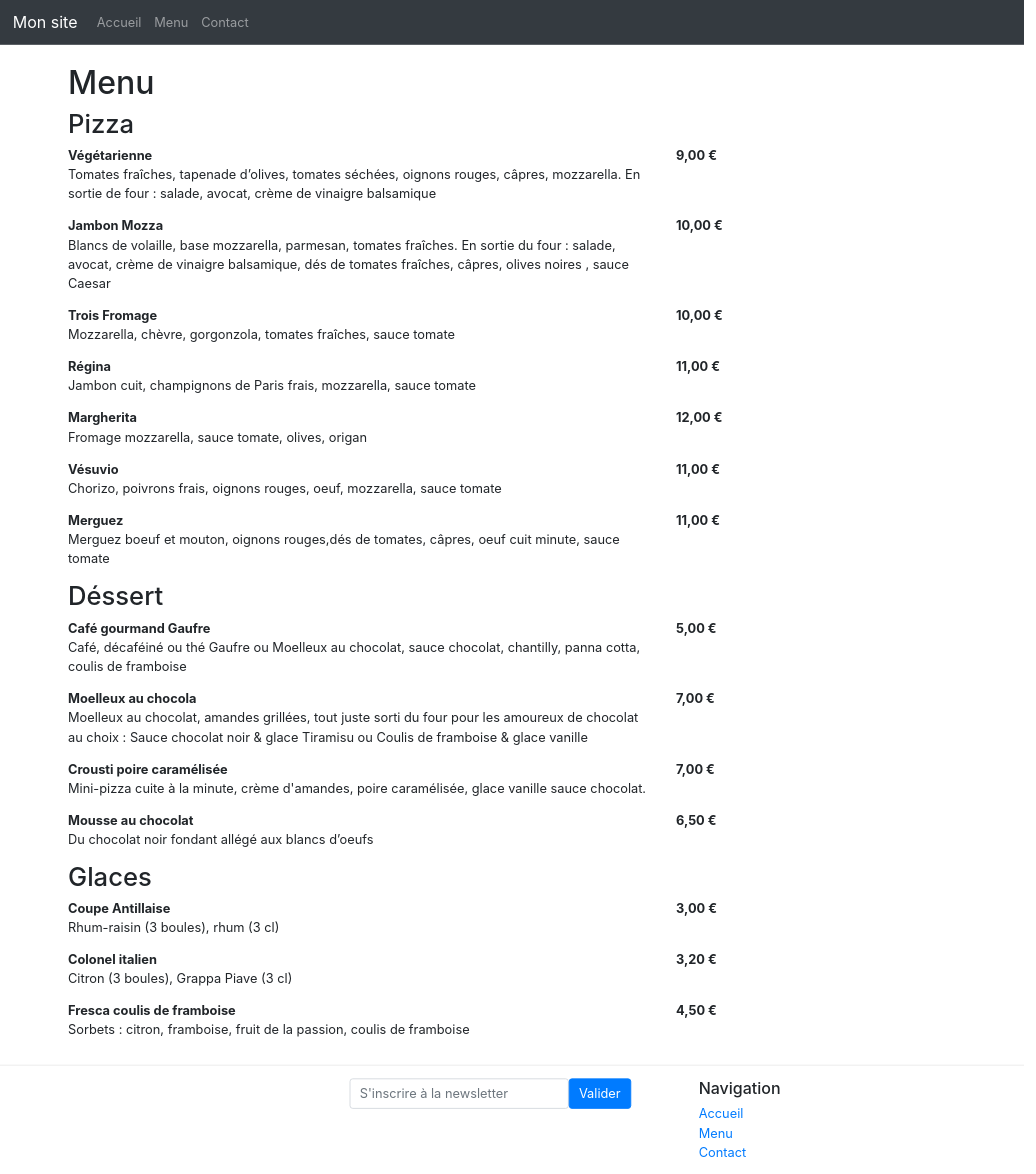
Repository: Alex-Serky/Back_End_PHP
Page: http://localhost/Apprendre le PHP/1Bases/08PHP_HTML/menu.php
These files come from the project's save history. The page is drawn as it stood at one moment and after the next save; the edit follows.
The browser window is 1280 px wide. The page is 1295 px wide, so the pictures cover 1295 px, including what lies to the right of the window. The pictures show the whole page, at 80% of full size.
The page is run by PHP 8.4 with error messages shown; the project is at /var/www/html/.

Above is the page before, as saved 2020-07-25 10:49:45.

### Apprendre le PHP/1Bases/08PHP_HTML/menu.php
<?php

require_once 'functions.php';
$title = 'Notre menu';
// $lignes = file(__DIR__ . DIRECTORY_SEPARATOR . 'data' . DIRECTORY_SEPARATOR . 'menu.tsv');
$lignes = file(__DIR__ . DIRECTORY_SEPARATOR . 'data' . DIRECTORY_SEPARATOR . 'menu.csv');
foreach ($lignes as $k => $ligne) {
    // $lignes[$k] = explode("\t", trim($ligne));
    $lignes[$k] = str_getcsv(trim($ligne, " \t\n\r\0\x0B,"));
}

require 'elements/header.php';
?>

<h1>Menu</h1>

<?php foreach ($lignes as $ligne) : ?>
    <?php if (count($ligne) === 1) : ?>
        <h2><?= $ligne[0] ?></h2>
    <?php else : ?>
        <div class="row">
            <div class="col-sm-8">
                <p>
                    <strong><?= $ligne[0] ?></strong><br />
                    <?= $ligne[1] ?>
                </p>
            </div>
            <div class="col-sm-4">
                <strong><?= number_format($ligne[2], 2, ',', ' ') ?> €</strong>
            </div>
        </div>
    <?php endif ?>
<?php endforeach ?>

<?php require_once 'elements/footer.php'; ?>

### Apprendre le PHP/1Bases/08PHP_HTML/functions.php
<?php

function nav_item(string $lien, string $titre, string $linkClass = ''): string
{
    $classe = 'nav-item';
    if ($_SERVER['SCRIPT_NAME'] === $lien) {
        $classe .= ' active';
    }
    return <<<HTML
        <li class="$classe">
            <a class="$linkClass" href="$lien">$titre</a>
        </li>
HTML;
}

function nav_menu(string $linkClass = ''): string {
    return
        nav_item('../index.php', 'Accueil', $linkClass) .
        nav_item('/menu.php', 'Menu', $linkClass) .
        nav_item('../contact.php', 'Contact', $linkClass);
}

function checkbox(string $name, string $value, array $data): string {
    $attributes = '';
    if (isset($data[$name]) && in_array($value, $data[$name])) {
        $attributes .= 'checked';
    }

    return <<<HTML
    <input type="checkbox" name="{$name}[]" value="$value" $attributes>
HTML;
}

function radio(string $name, string $value, array $data): string {
    $attributes = '';
    if (isset($data[$name]) && $value === $data[$name]) {
        $attributes .= 'checked';
    }

    return <<<HTML
    <input type="radio" name="{$name}" value="$value" $attributes>
HTML;
}

function select(string $name, $value, array $options): string {
    $html_options = [];
    foreach ($options as $k => $option) {
        $attributes = $k == $value ? ' selected' : '';
        $html_options[] = "<option value='$k' $attributes>$option</option>";
    }
    return "<select class='form-control' name='$name'>" . implode($html_options) . '</select>';
}

function dump($variable){
    echo '<pre>';
        var_dump($variable);
    echo '</pre>';
}

function creneaux_html(array $creneaux){
    if(empty($creneaux)){ return 'Fermé'; }

    $phrases = [];
    foreach ($creneaux as $creneau) {
        $phrases[] = "de <strong>{$creneau[0]}h</strong> à <strong>{$creneau[1]}h</strong>";
    }
    return 'Ouvert de ' . implode(' et ', $phrases);
}

function in_creneaux(int $heure, array $creneaux): bool {
    foreach($creneaux as $creneau) {
        $debut = $creneau[0];
        $fin = $creneau[1];
        if ($heure >= $debut && $heure < $fin) {
            return true;
        }
    }
    return false;
}

### Apprendre le PHP/1Bases/08PHP_HTML/data/menu.csv
Pizza                     ,                                                                                                                                                                                                     ,
Végétarienne              , "Tomates fraîches, tapenade d’olives, tomates séchées, oignons rouges, câpres, mozzarella. En sortie de four : salade, avocat, crème de vinaigre balsamique"                                        , 9
Jambon Mozza              , "Blancs de volaille, base mozzarella, parmesan,   tomates fraîches. En sortie du four : salade, avocat, crème de vinaigre balsamique, dés de tomates fraîches, câpres, olives noires , sauce Caesar", 10
Trois Fromage             , "Mozzarella, chèvre, gorgonzola, tomates fraîches, sauce tomate"                                                                                                                                    , 10
Régina                    , "Jambon cuit, champignons de Paris frais, mozzarella, sauce tomate"                                                                                                                                 , 11
Margherita                , "Fromage mozzarella, sauce tomate, olives, origan"                                                                                                                                                  , 12
Vésuvio                   , "Chorizo, poivrons frais, oignons rouges, oeuf, mozzarella, sauce tomate"                                                                                                                           , 11
Merguez                   , "Merguez boeuf et mouton, oignons rouges,dés de tomates, câpres, oeuf cuit minute, sauce tomate"                                                                                                    , 11
Déssert                   ,                                                                                                                                                                                                     ,
Café gourmand Gaufre      , "Café, décaféiné ou thé Gaufre ou Moelleux au chocolat, sauce chocolat, chantilly, panna cotta, coulis de framboise"                                                                                , 5
Moelleux au chocola       , "Moelleux au chocolat, amandes grillées, tout juste sorti du four pour les amoureux de chocolat au choix : Sauce chocolat noir & glace Tiramisu ou Coulis de framboise & glace vanille"             , 7
Crousti poire caramélisée , "Mini-pizza cuite à la minute, crème d'amandes, poire caramélisée, glace vanille sauce chocolat."                                                                                                   , 7
Mousse au chocolat        , Du chocolat noir fondant allégé aux blancs d’oeufs                                                                                                                                                  , 6.5
Glaces                    ,                                                                                                                                                                                                     ,
Coupe Antillaise          , "Rhum-raisin (3 boules), rhum (3 cl)"                                                                                                                                                               , 3
Colonel italien           , "Citron (3 boules), Grappa Piave (3 cl)"                                                                                                                                                            , 3.2
Fresca coulis de framboise, "Sorbets : citron, framboise, fruit de la passion, coulis de framboise"                                                                                                                             , 4.5

### Apprendre le PHP/1Bases/08PHP_HTML/elements/header.php
<?php require_once dirname(__DIR__) . DIRECTORY_SEPARATOR . 'functions.php'; ?>

<!doctype html>
<html lang="en">

<head>
    <meta charset="utf-8">
    <meta name="viewport" content="width=device-width, initial-scale=1, shrink-to-fit=no">
    <meta name="description" content="">
    <meta name="author" content="Mark Otto, Jacob Thornton, and Bootstrap contributors">
    <meta name="generator" content="Jekyll v4.0.1">
    <title>
        <?php if (isset($title)): ?>
            <?= $title ?>
        <?php else: ?>
            Mon site
        <?php endif; ?>
    </title>

    <!-- Bootstrap core CSS -->
    <link rel="stylesheet" href="https://stackpath.bootstrapcdn.com/bootstrap/4.5.0/css/bootstrap.min.css" integrity="sha384-9aIt2nRpC12Uk9gS9baDl411NQApFmC26EwAOH8WgZl5MYYxFfc+NcPb1dKGj7Sk" crossorigin="anonymous">

</head>

<body>
    <nav class="navbar navbar-expand-md navbar-dark bg-dark mb-4">
        <a class="navbar-brand" href="#">Mon site</a>
        <button class="navbar-toggler" type="button"
                data-toggle="collapse" data-target="#navbarsExampleDefault"
                aria-controls="navbarsExampleDefault" aria-expanded="false"
                aria-label="Toggle navigation">
            <span class="navbar-toggler-icon"></span>
        </button>

        <div class="collapse navbar-collapse"
            id="navbarsExampleDefault">
            <ul class="navbar-nav mr-auto">
                <?= nav_menu('nav-link') ;?>
            </ul>
        </div>
    </nav>

    <main role="main" class="container">

### Apprendre le PHP/1Bases/08PHP_HTML/elements/footer.php
</main><!-- /.container -->
<footer>
    <hr>
    <div class="row">
        <div class="col-md-4">
            <?php
            require_once dirname(__DIR__) . DIRECTORY_SEPARATOR . 'functions' . DIRECTORY_SEPARATOR . 'compteur.php';
            ajouter_vue();
            ?>
        </div>
        <div class="col-md-4">
            <form action="/newsletter.php" class="form-inline" method="POST">
                <div class="form-group">
                    <input type="email" name="email" required class="form-control" placeholder="S'inscrire à la newsletter">
                </div>
                <button type="submit" class="btn btn-primary">Valider</button>
            </form>
        </div>
        <div class="col-md-4">
            <h5>Navigation</h5>
            <ul class="list-unstyled text-small">
                <?= nav_menu(); ?>
            </ul>
        </div>
    </div>
</footer>

<script src="https://code.jquery.com/jquery-3.5.1.slim.min.js" integrity="sha384-DfXdz2htPH0lsSSs5nCTpuj/zy4C+OGpamoFVy38MVBnE+IbbVYUew+OrCXaRkfj" crossorigin="anonymous"></script>
<script src="https://cdn.jsdelivr.net/npm/popper.js@1.16.0/dist/umd/popper.min.js" integrity="sha384-Q6E9RHvbIyZFJoft+2mJbHaEWldlvI9IOYy5n3zV9zzTtmI3UksdQRVvoxMfooAo" crossorigin="anonymous"></script>
<script src="https://stackpath.bootstrapcdn.com/bootstrap/4.5.0/js/bootstrap.min.js" integrity="sha384-OgVRvuATP1z7JjHLkuOU7Xw704+h835Lr+6QL9UvYjZE3Ipu6Tp75j7Bh/kR0JKI" crossorigin="anonymous"></script>
</body>

</html>

### Apprendre le PHP/1Bases/08PHP_HTML/functions/compteur.php
<?php

function ajouter_vue(){
    // Le chemin qui mène au compteur
    $fichier = dirname(__DIR__) . DIRECTORY_SEPARATOR . 'data' . DIRECTORY_SEPARATOR . 'compteur';


    // Autre méthode
    $compteur = 1; // on initialise le fichier avec la valeur 1
    if(file_exists($fichier)){
        // Si le fichier existe, on incrémente
        $compteur =  (int)file_get_contents($fichier);
        $compteur++;
    }
    file_put_contents($fichier, $compteur);

/*

    // Première méthode
    if (file_exists($fichier)) {
        // Si le fichier existe, on incrémente
        $compteur =  (int)file_get_contents($fichier);
        $compteur++;
        file_put_contents($fichier, $compteur);
    }else{
        // Sinon, on crée le fichier avec la valeur 1
        file_put_contents($fichier, '1');
    }
*/
}

function nombre_vues(){
    $fichier = dirname(__DIR__) . DIRECTORY_SEPARATOR . 'data' . DIRECTORY_SEPARATOR . 'compteur';
    return file_get_contents($fichier);
}

After the next save:
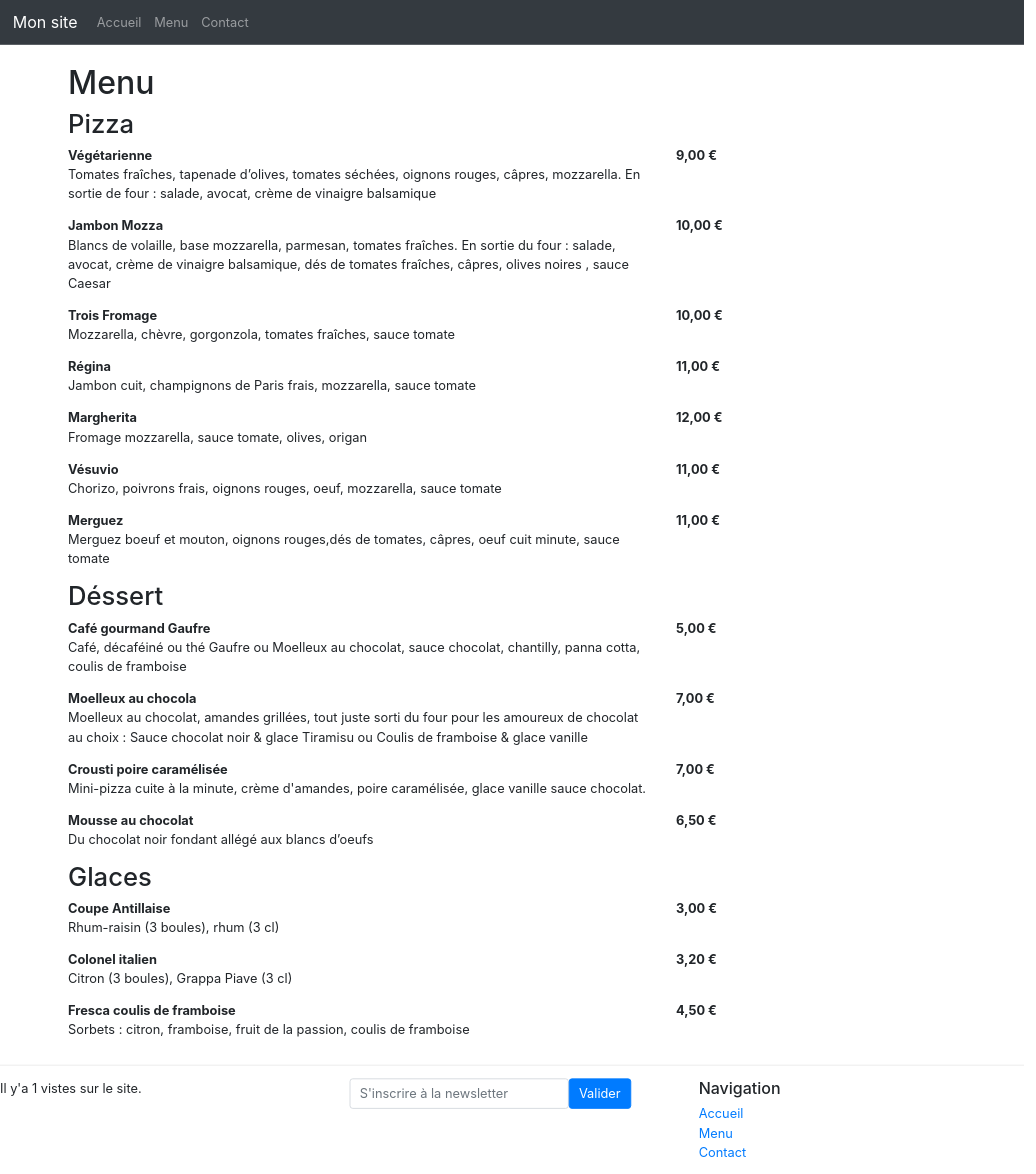
Saved 19 min 39 s later.
--- a/Apprendre le PHP/1Bases/08PHP_HTML/elements/footer.php
+++ b/Apprendre le PHP/1Bases/08PHP_HTML/elements/footer.php
@@ -6,7 +6,9 @@
             <?php
             require_once dirname(__DIR__) . DIRECTORY_SEPARATOR . 'functions' . DIRECTORY_SEPARATOR . 'compteur.php';
             ajouter_vue();
+            $vues = nombre_vues();
             ?>
+            Il y'a <?= $vues ?> vistes sur le site.
         </div>
         <div class="col-md-4">
             <form action="/newsletter.php" class="form-inline" method="POST">
